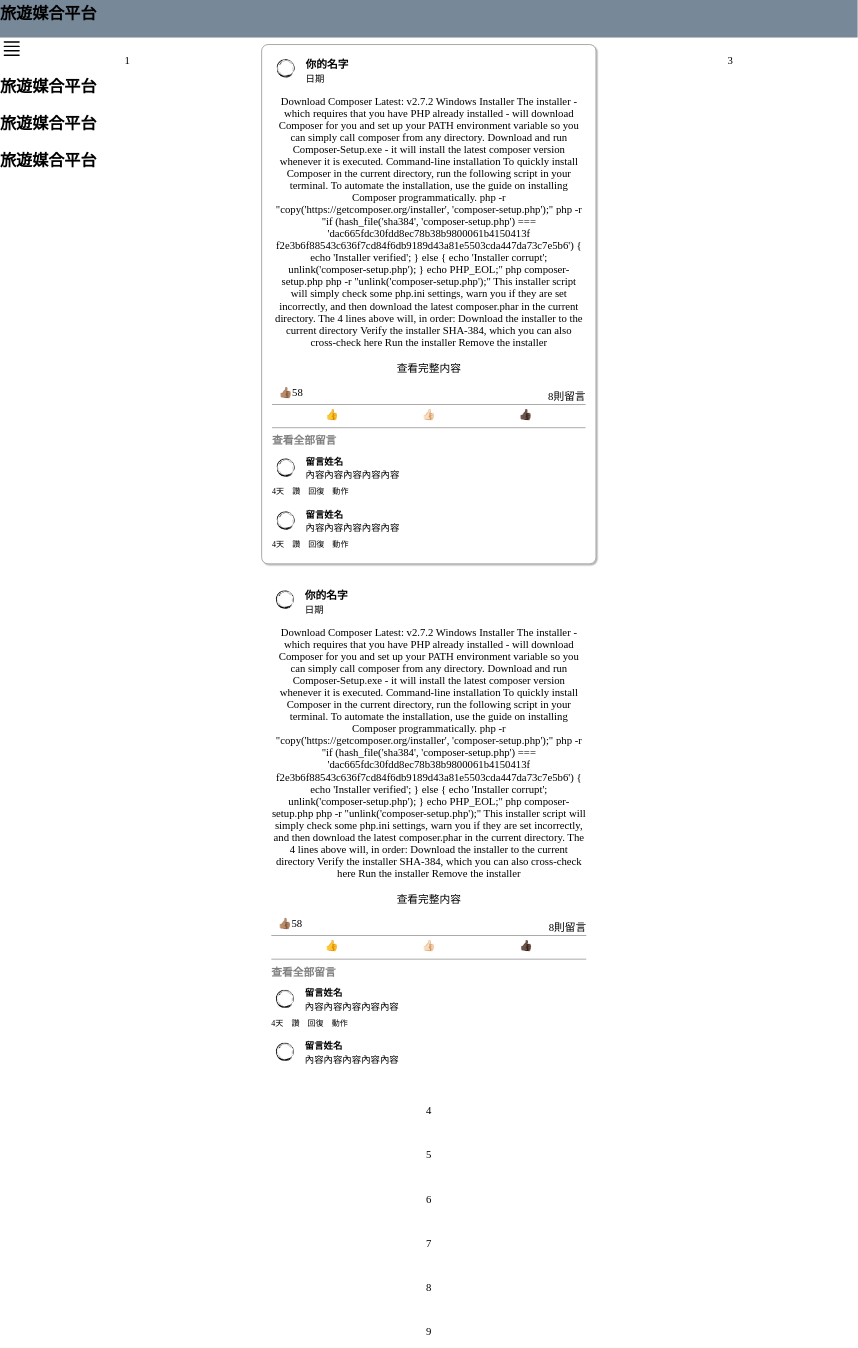
Repository: yuchiyang123/index_view
Page: http://localhost/
The author's editor kept a copy of each file at every save. The page is drawn from the files as they stood at one save, then again after the next save.
The browser window is 1280 px wide. The pictures show the whole page, at 67% of full size.
The page is run by PHP 8.4 with error messages shown; the project is at /var/www/html/.

Above is the page before, as saved 2024-03-27 16:48:39.

After the next save:
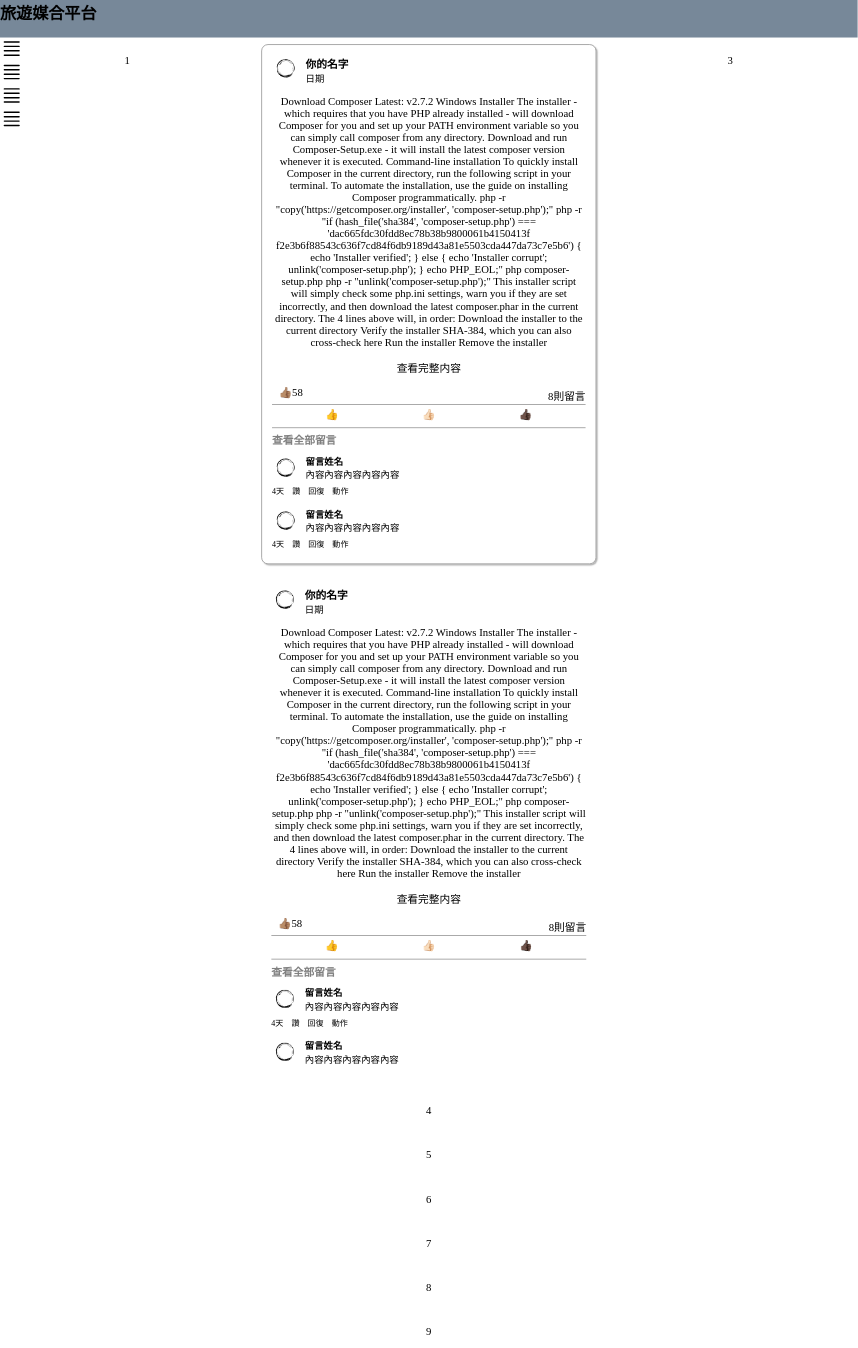
Saved 18 s later.
--- a/header.php
+++ b/header.php
@@ -25,12 +25,12 @@ ion-icon {
         <ion-icon name="reorder-four-outline"></ion-icon>
     </div>
     <div>
-        <h2>旅遊媒合平台</h2>
+        <ion-icon name="reorder-four-outline"></ion-icon>
     </div>
     <div>
-        <h2>旅遊媒合平台</h2>
+        <ion-icon name="reorder-four-outline"></ion-icon>
     </div>
     <div>
-        <h2>旅遊媒合平台</h2>
+        <ion-icon name="reorder-four-outline"></ion-icon>
     </div>
 </header>
